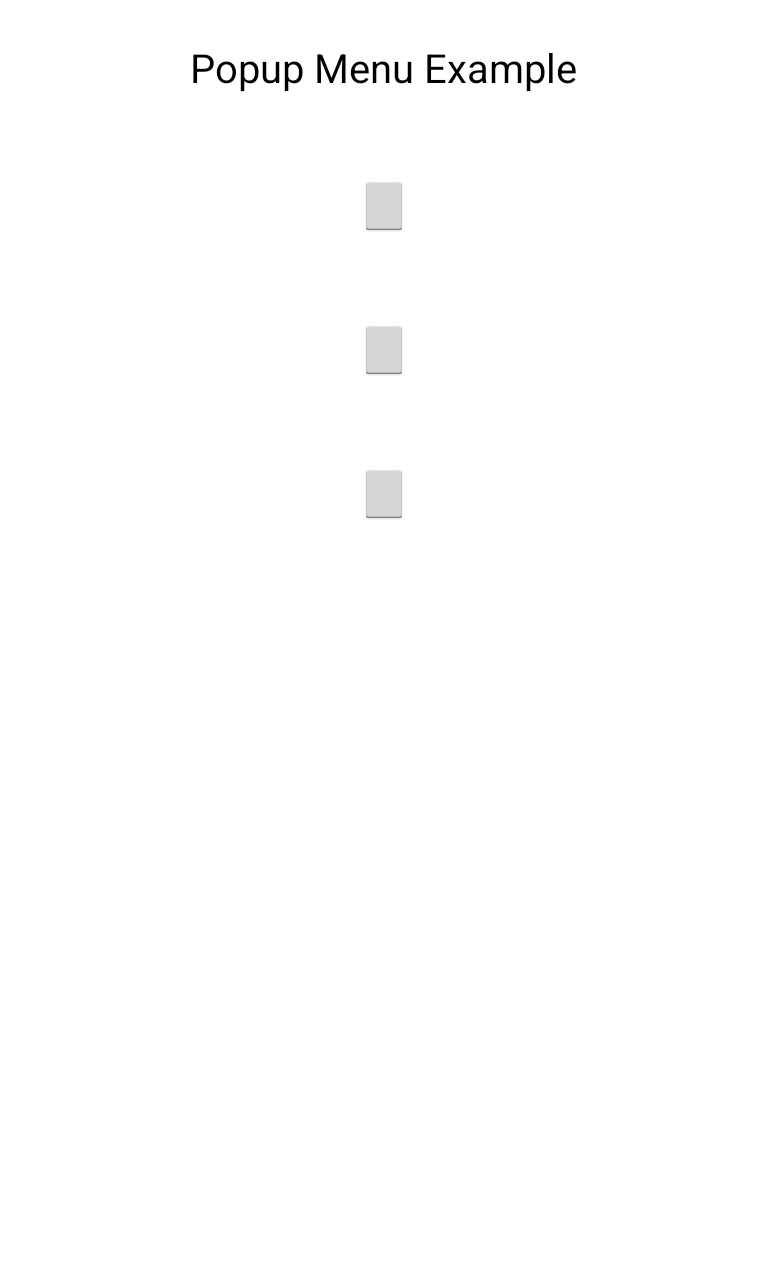
Repository: k-chung/fatelogin
Layout: popupmenu/Main/res/layout/main.xml
The author's editor kept a copy of each file at every save. The layout is drawn from the files as they stood at one save, then again after the next save.
It is drawn on a 768 x 1280 px phone screen (xhdpi) without system bars, with theme AppTheme; the app's code is not run.

Above is the layout before, as saved 2014-08-16 22:25:03.

### popupmenu/Main/res/layout/main.xml
<LinearLayout xmlns:android="http://schemas.android.com/apk/res/android"
    android:layout_width="fill_parent"
    android:layout_height="fill_parent"
    android:orientation="vertical">

    <TextView
        android:layout_width="wrap_content"
        android:layout_height="wrap_content"
        android:layout_gravity="center"
        android:textSize="20sp"
        android:textColor="#000000"
        android:layout_margin="20dip"
        android:text="Popup Menu Example" />

    <ImageButton
        android:layout_width="wrap_content"
        android:layout_height="wrap_content"
        android:layout_margin="20dip"
        android:layout_gravity="center"
        android:id="@+id/anchor"/>

    <ImageButton
        android:layout_width="wrap_content"
        android:layout_height="wrap_content"
        android:layout_margin="20dip"
        android:layout_gravity="center"
        android:id="@+id/person1"/>

    <ImageButton
        android:layout_width="wrap_content"
        android:layout_height="wrap_content"
        android:layout_margin="20dip"
        android:layout_gravity="center"
        android:id="@+id/person2"/>

    <TextView
        android:layout_width="wrap_content"
        android:layout_height="wrap_content"
        android:layout_margin="20dip"
        android:layout_gravity="center"
        android:textSize="40sp"
        android:textColor="#808080"
        android:id="@+id/selection"/>

</LinearLayout>

Loaded but not shown: popupmenu/Main/res/values/styles.xml (common file); popupmenu/Main/res/values-v11/styles.xml (common file); popupmenu/Main/res/values-v14/styles.xml (common file)

After the next save:
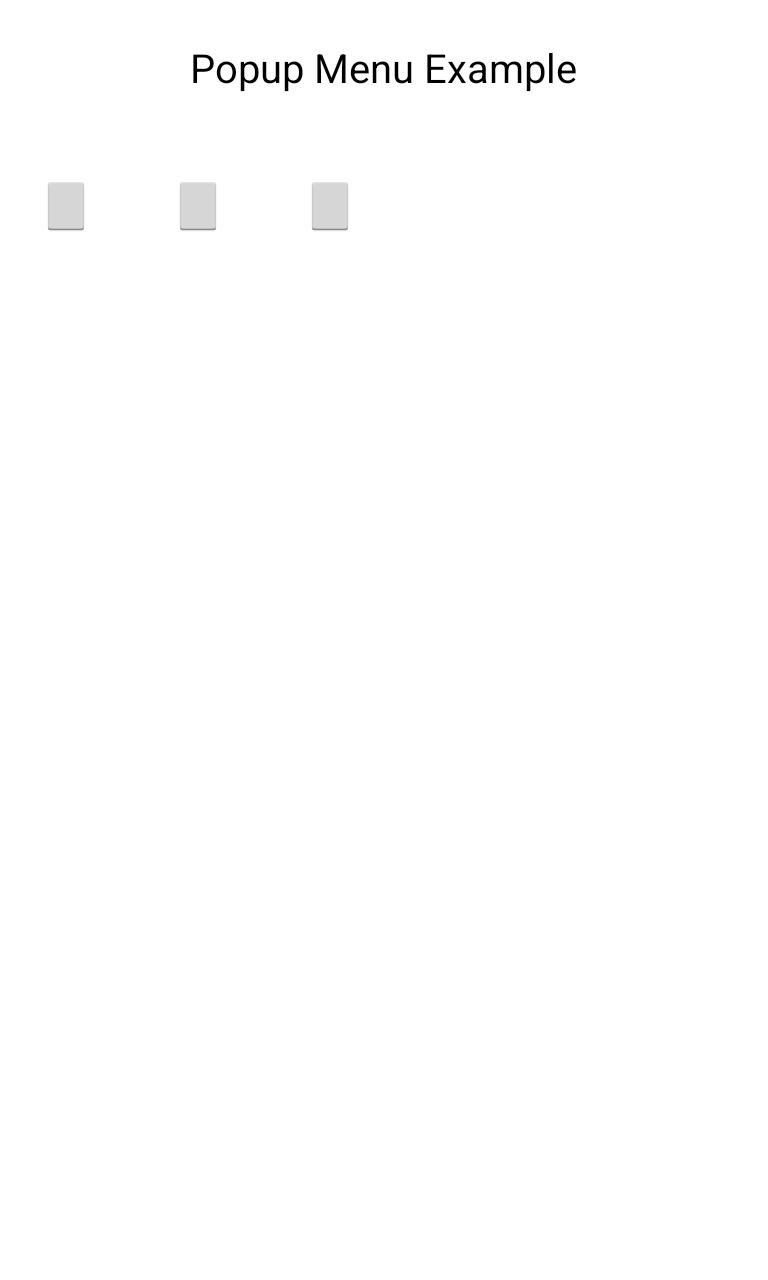
Saved 24 min 41 s later.
--- a/popupmenu/Main/res/layout/main.xml
+++ b/popupmenu/Main/res/layout/main.xml
@@ -12,26 +12,29 @@
         android:layout_margin="20dip"
         android:text="Popup Menu Example" />
 
-    <ImageButton
+    <LinearLayout
         android:layout_width="wrap_content"
         android:layout_height="wrap_content"
-        android:layout_margin="20dip"
-        android:layout_gravity="center"
-        android:id="@+id/anchor"/>
-
-    <ImageButton
-        android:layout_width="wrap_content"
-        android:layout_height="wrap_content"
-        android:layout_margin="20dip"
-        android:layout_gravity="center"
-        android:id="@+id/person1"/>
-
-    <ImageButton
-        android:layout_width="wrap_content"
-        android:layout_height="wrap_content"
-        android:layout_margin="20dip"
-        android:layout_gravity="center"
-        android:id="@+id/person2"/>
+        android:orientation="horizontal">
+	    <ImageButton
+	        android:layout_width="wrap_content"
+	        android:layout_height="wrap_content"
+	        android:layout_margin="20dip"
+	        android:layout_gravity="center"
+	        android:id="@+id/anchor"/>
+	    <ImageButton
+	        android:layout_width="wrap_content"
+	        android:layout_height="wrap_content"
+	        android:layout_margin="20dip"
+	        android:layout_gravity="center"
+	        android:id="@+id/person1"/>
+	    <ImageButton
+	        android:layout_width="wrap_content"
+	        android:layout_height="wrap_content"
+	        android:layout_margin="20dip"
+	        android:layout_gravity="center"
+	        android:id="@+id/person2"/>
+    </LinearLayout>
 
     <TextView
         android:layout_width="wrap_content"
